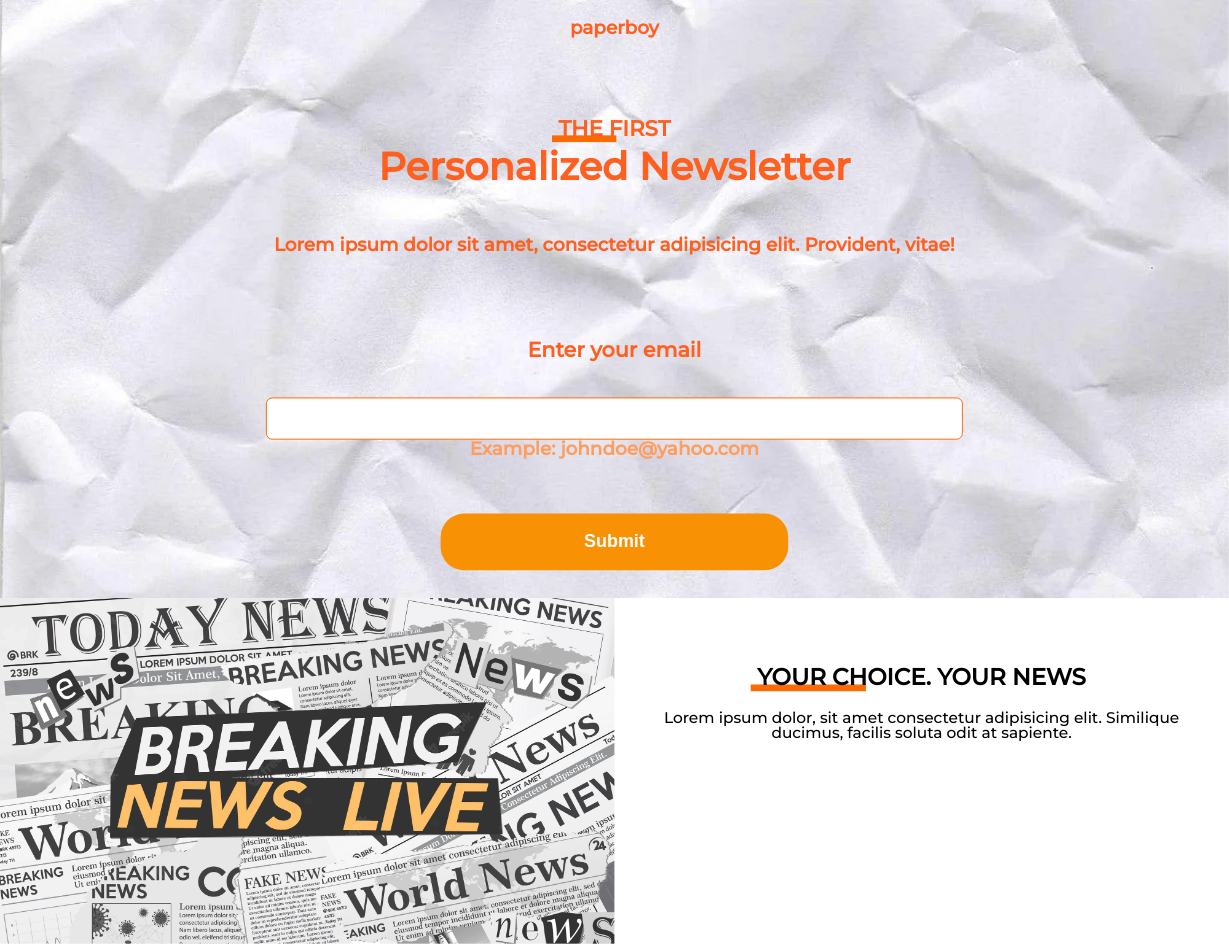
Repository: Gionnn/proiecte
Page: index.html
These files come from the project's save history. The page is drawn as it stood at one moment and after the next save; the edit follows.
The browser window is 1280 px wide. The pictures show the whole page, at 96% of full size.

Above is the page before, as saved 2022-11-28 14:38:22.

### index.html
<!DOCTYPE html>
<html lang="en">
  <head>
    <meta charset="UTF-8" />
    <meta name="viewport" content="width=device-width, initial-scale=1.0" />
    <meta http-equiv="X-UA-Compatible" content="ie=edge" />
    <link rel="stylesheet" href="css/main.css" />
    <title>Paperboy</title>
  </head>

  <body>
    <div class="hero-bg">
      <section class="top">
        <header>
          <a href="index.html">paperboy</a>
        </header>

        <h1><span>The first </span>Personalized Newsletter</h1>
        <p>
          Lorem ipsum dolor sit amet, consectetur adipisicing elit. Provident,
          vitae!
        </p>
        <div class="form-container">
          <form action="">
            <div class="form-left">
              <label for="email">Enter your email</label>
              <input type="text" name="email" id="email" />
              <p>Example: johndoe@yahoo.com</p>
            </div>
            <input type="button" value="Submit" />
          </form>
        </div>
      </section>
    </div>

    <section class="bottom">
      <div class="right-col">
        <h2>Your choice. Your news</h2>
        <p>
          Lorem ipsum dolor, sit amet consectetur adipisicing elit. Similique
          ducimus, facilis soluta odit at sapiente.
        </p>
      </div>
      <img src="images/paper.jpeg" alt="Breaking News" />
    </section>
  </body>
</html>

### css/main.css
@import url("https://fonts.googleapis.com/css2?family=Montserrat:wght@500&display=swap");

body {
  font-family: "Montserrat", sans-serif;
  margin: 0;
}

.hero-bg {
  background: url("../images/background.jpeg");
  color: #ff5f1f;
  text-align: center;
}

header {
  padding-top: 1em;
}
.hero-bg a {
  color: #ff5f1f;
  text-decoration: none;
  font-weight: bold;
  font-size: 1.2rem;
}

section {
  margin: 0 1em;
}

h1 {
  font-size: 2.5rem;
  margin: 2em 0 1.2em;
}

h1 span {
  text-transform: uppercase;
  display: block;
  font-size: 1.4rem;
  position: relative;
  z-index: 1;
}
h1 span::before {
  content: " ";
  position: absolute;
  width: 3em;
  background: #fc6a03;
  height: 0.3em;
  bottom: 0;
  z-index: -1;
  margin-left: -0.3em;
}
.hero-bg p {
  font-weight: bold;
  margin: 0 1em 3em;
  font-size: 1.2rem;
}
.form-container {
  margin: 2em -1em 0;
  padding: 2em;
}
label {
  color: #ff5f1f;
  font-weight: bold;
  display: block;
  margin-bottom: 1em;
  font-size: 1.5em;
}
input[type="text"] {
  border: 1px solid #fc6a03;
  width: 60%;
  padding: 1em;
  box-sizing: border-box;
  border-radius: 0.5em;
  margin-top: 1.2em;
}
.form-container {
  color: #ff9d5c;
  margin-bottom: 1.5em;
  font-weight: normal;
  font-size: 0.9em;
  margin-top: 0.3em;
}
input[type="button"] {
  background-color: #f89104;
  border: none;
  width: 30%;
  color: white;
  font-weight: bold;
  padding: 1em 0;
  border-radius: 1.3em;
  font-size: 1.3em;
  cursor: pointer;
}

input[type="button"]:hover {
  background-color: #c47508;
}

.bottom {
  margin: 0;
}

.right-col {
  text-align: center;
  margin: 3em 1em;
}

h2 {
  text-transform: uppercase;
  position: relative;
}

h2::before {
  content: " ";
  position: absolute;
  width: 5em;
  background: #fc6a03;
  height: 0.3em;
  bottom: 0;
  z-index: -1;
  margin-left: -0.3em;
}

img {
  width: 100%;
}

p {
  line-height: 1em;
}

@media (min-width: 730px) {
  section {
    margin: 0 4em;
  }
  .form-container {
    margin: 2em -4em 0;
  }
}

@media (min-width: 930px) {
  .bottom {
    display: grid;
    grid-template-columns: repeat(2, 50%);
    grid-template-areas: "paper content";
  }
  .right-col {
    grid-area: content;
  }
  img {
    grid-area: paper;
  }
}

After the next save:
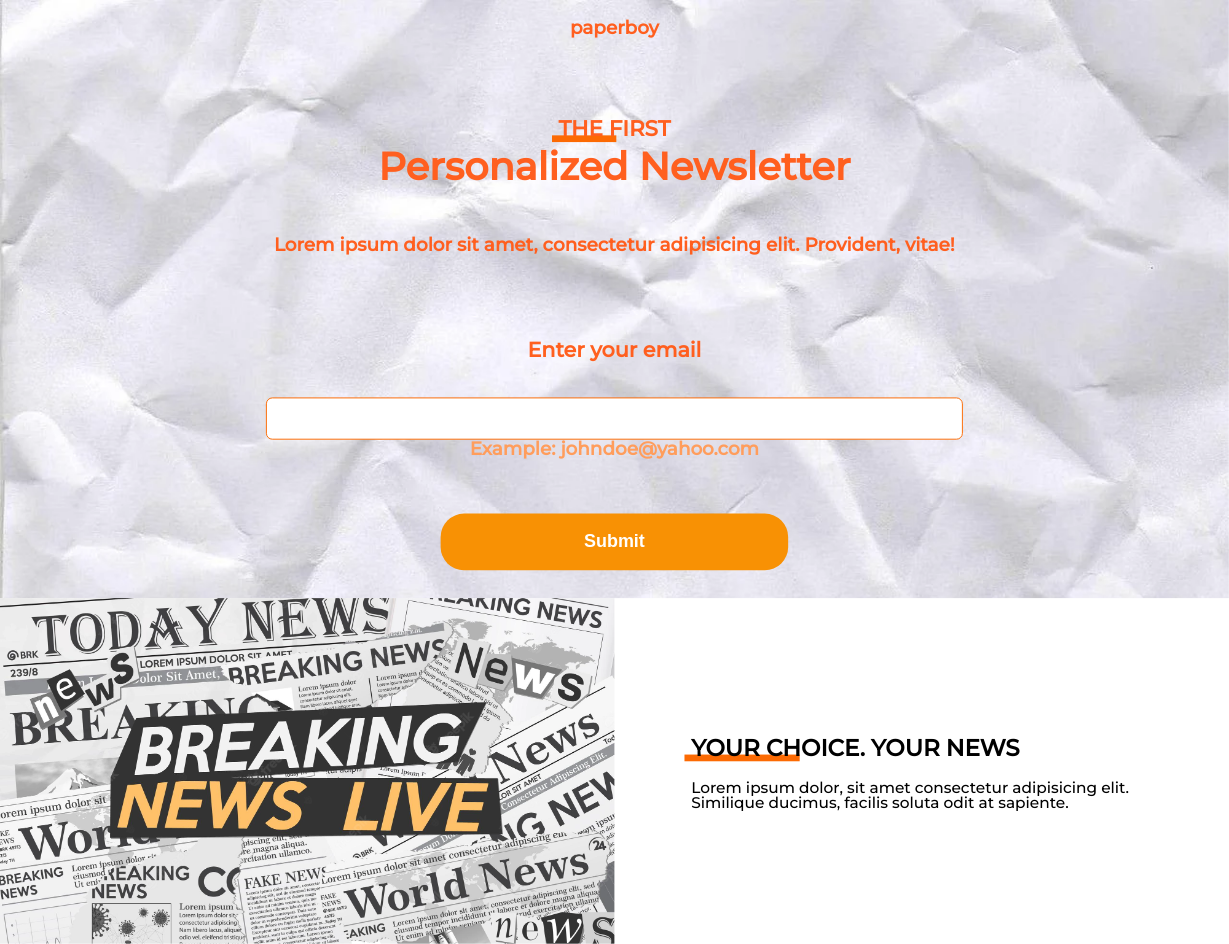
Saved 38 s later.
--- a/css/main.css
+++ b/css/main.css
@@ -144,6 +144,9 @@ p {
   }
   .right-col {
     grid-area: content;
+    padding: 0 10%;
+    text-align: left;
+    align-self: center;
   }
   img {
     grid-area: paper;
